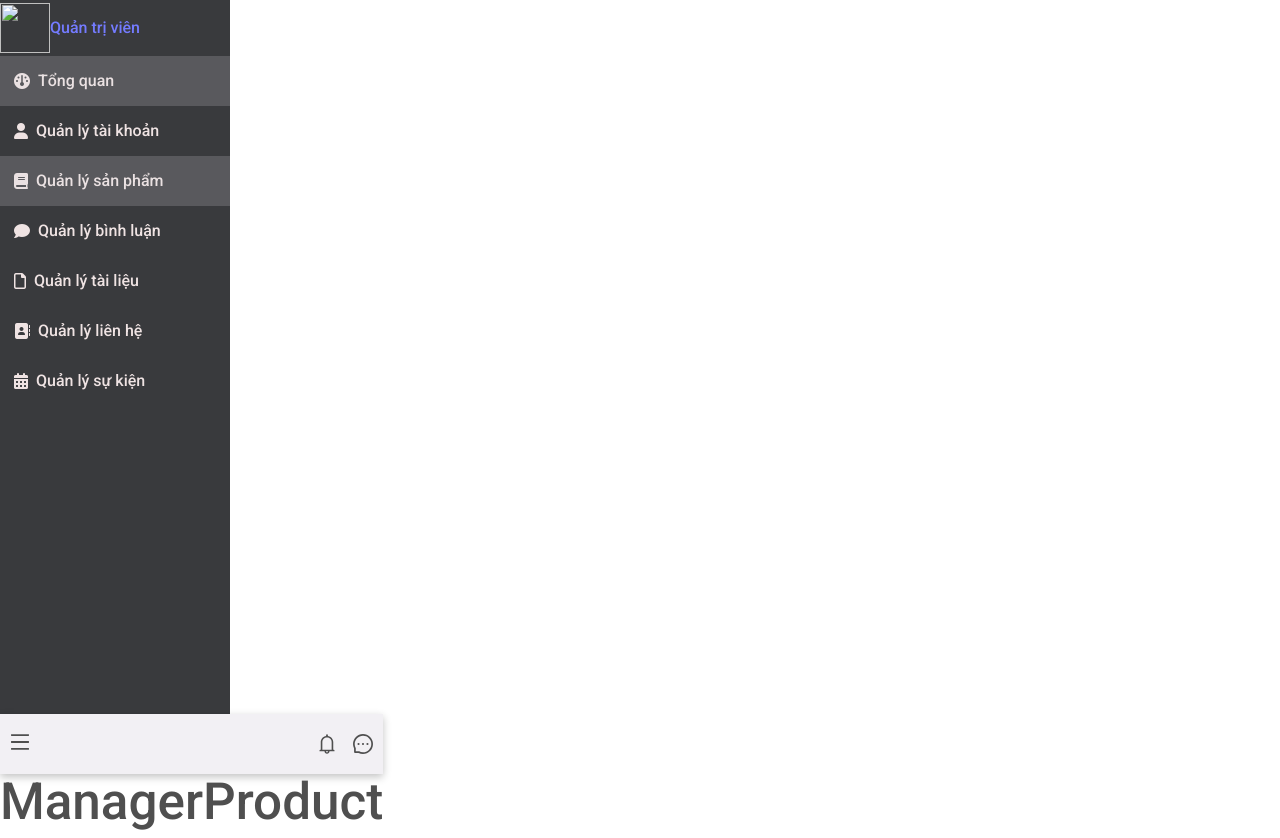
Repository: TinhTT336/MD02_Session10
Page: /admin/manager-product
An editor plug-in stored every save of this project. The page is shown before and after the next save, followed by the edit.
The browser window is 1280 px wide. The pictures show the whole page.
Some web libraries are served in a nearby version. The project was rebuilt for these pictures with package versions that can differ from the ones it lists, and the page was loaded fresh each time. Also part of the build but not shown: vite.config.js, src/layouts/Navbar.jsx, src/layouts/Footer.jsx, src/components/base/button/button.css, src/components/base/button/Button.jsx, src/pages/Home.jsx, src/common/formatMoney.js, src/actions/cartActions.js and 11 more.

Above is the page before, as saved 2023-09-08 16:53:16.

### index.html
<!DOCTYPE html>
<html lang="en">
  <head>
    <meta charset="UTF-8" />
    <link rel="icon" type="image/svg+xml" href="/vite.svg" />
    <meta name="viewport" content="width=device-width, initial-scale=1.0" />
    <title>Vite + React</title>
    <!-- Font Awesome -->
    <link
      href="https://cdnjs.cloudflare.com/ajax/libs/font-awesome/6.0.0/css/all.min.css"
      rel="stylesheet"
    />
    <!-- Google Fonts -->
    <link
      href="https://fonts.googleapis.com/css?family=Roboto:300,400,500,700&display=swap"
      rel="stylesheet"
    />
    <!-- MDB -->
    <link
      href="https://cdnjs.cloudflare.com/ajax/libs/mdb-ui-kit/6.4.1/mdb.min.css"
      rel="stylesheet"
    />
  </head>
  <body>
    <div id="root"></div>
    <script type="module" src="/src/main.jsx"></script>
    <script
      type="text/javascript"
      src="https://cdnjs.cloudflare.com/ajax/libs/mdb-ui-kit/6.4.1/mdb.min.js"
    ></script>
  </body>
</html>

### src/main.jsx
import React from 'react'
import ReactDOM from 'react-dom/client'
import App from './App.jsx'
import './index.css'
import { BrowserRouter } from 'react-router-dom'
import { Provider } from 'react-redux'
import { createStore } from 'redux'
import { reducer } from './reducers/index.js'

const store = createStore(reducer)
ReactDOM.createRoot(document.getElementById('root')).render(
  <React.StrictMode>
    <BrowserRouter>
      <Provider store={store}>
        <App />
      </Provider>
    </BrowserRouter>
  </React.StrictMode>,
)

### src/App.jsx

import { Route, Routes, useLocation } from 'react-router-dom'
import './App.css'
import Home from './pages/Home'
import ListProduct from './pages/ListProduct'
import Cart from './pages/Cart'
import About from './pages/About'
import Contact from './pages/Contact'
import Register from './pages/Register'
import Login from './pages/Login'
import ProductDetail from './pages/ProductDetail'
import { useEffect } from 'react'
import PrivateRouter from './pages/private/PrivateRouter'
import HomeAdmin from './pages/private/HomeAdmin'
import ManagerProduct from './pages/private/ManagerProduct'
import ManagerUser from './pages/private/ManagerUser'

function App() {
  const location = useLocation();
  useEffect(() => {
    window.scrollTo({ top: 0, behavior: "smooth" });
  }, [location.pathname])
  return (
    <>
      <Routes>
        {/* Router ai cung co the truy cap */}
        <Route path='/' element={<Home />}></Route>
        <Route path='/list-product' element={<ListProduct />}></Route>
        <Route path='/product/:id' element={<ProductDetail />}></Route>
        <Route path='/cart' element={<Cart />}></Route>
        <Route path='/about' element={<About />}></Route>
        <Route path='/contact' element={<Contact />}></Route>
        <Route path='/register' element={<Register />}></Route>
        <Route path='/login' element={<Login />}></Route>
        <Route path='/product-detail' element={<ProductDetail />}></Route>

        {/* Router chi admin moi co the truy cap */}
        <Route path='/admin' element={<PrivateRouter />}>
          {/* path ="/" duong dan tuyet doi */}
          <Route index element={<HomeAdmin />}></Route>
          <Route path='manager-product' element={<ManagerProduct />}></Route>
          <Route path='manager-user' element={<ManagerUser />}></Route>
        </Route>
      </Routes>
    </>
  )
}

export default App

### src/reducers/index.js
import { combineReducers } from "redux";
import { listProduct } from "./listProduct";
import { listCart } from "./listCart";

export const reducer = combineReducers({ listProduct, listCart });

### src/App.css
* {
  margin: 0;
  padding: 0;
  box-sizing: border-box;
}
/* .active {
  background-color: #efefef;
} */
/* body {
  max-width: 90%;
  margin: 0 auto;
} */

.nav-item .nav-link {
  padding: 15px;
}

.fa-cart-shopping {
  position: relative;
}

.fa-cart-shopping + span {
  position: absolute;
  top: -10px;
  right: -10px;
  background-color: red;
  color: white;
  border-radius: 50%;
  padding: 5px 10px;
}

### src/pages/private/PrivateRouter.jsx
import React from 'react'
import { Navigate, Outlet } from 'react-router-dom';

export default function PrivateRouter() {
    const isLogin = true; //da dang nhap
    return isLogin ? <Outlet /> : (<Navigate to={"/login"} />)
}

### src/pages/private/ManagerProduct.jsx
import React from 'react'
import Sidebar from "../../layouts/admin/sidebar/Sidebar";
import Header from "../../layouts/admin/header/Header";

export default function ManagerProduct() {
    return (
        <>
            <Sidebar />
            <Header />
            <h1>ManagerProduct</h1>
        </>
    )
}

### src/reducers/listProduct.js
import products from "../data/products.json";
export const listProduct = (state = products, action) => {
  return state;
};

### src/reducers/listCart.js
import {
  ACT_ADD_CART,
  ACT_DECREASE,
  ACT_DELETE,
  ACT_INCREASE,
} from "../contrains/actionTypes";

const initialState = JSON.parse(localStorage.getItem("carts")) || [];
const saveDataLocal = (arr) => {
  localStorage.setItem("carts", JSON.stringify(arr));
};

/**
 * ham lay ra vi tri cua product trong listProduct
 * @param {*} id id can kiem tra
 * @param {*} arr mang can kiem tra
 * @returns neu tim thay ban ghi thi tra ra vi tri, neu khong tra ra -1
 * Author: TinhTT(08/09/2023)
 */
const findIndexProduct = (id, arr) => {
  const productIndex = arr.findIndex((p) => p.product_id === id);
  return productIndex;
};
export const listCart = (state = initialState, action) => {
  switch (action.type) {
    case ACT_ADD_CART:
      //b1:clone mang cu
      const newCarts = [...state];
      // vi tri can lay
      const indexProduct = findIndexProduct(
        action.payload.product_id,
        newCarts
      );
      // b2: kiem tra san pham da ton tai torng gio hang chua?
      if (indexProduct !== -1) {
        // neu da ton tai thi tang so luong
        newCarts[indexProduct].quantity += 1;
        // b3: luu giu lieu len local
        saveDataLocal(newCarts);
        // b4: return mang moi
        return newCarts;
      } else {
        // neu chua thi them vao gio hang
        const newAddCarts = [...state, { ...action.payload, quantity: 1 }];
        // b3: luu giu lieu len local
        saveDataLocal(newAddCarts);
        // b4: return mang moi
        return newAddCarts;
      }
    case ACT_DECREASE:
      // clone ra mang moi
      const newArr = [...state];
      // tim vi tri san pham
      const indexProductDecrease = findIndexProduct(action.payload, newArr);
      // neu so luong sp lon hon 0 thi giam di
      if (newArr[indexProductDecrease].quantity > 1) {
        newArr[indexProductDecrease].quantity -= 1;
        saveDataLocal(newArr);
        return newArr;
      } else {
        // neu so luong bang 0 thi clear khoi gio hang
        //cach 1:
        // newArr.splice(indexProductDecrease, 1);
        // saveDataLocal(newArr);
        // return newArr;

        // cach 2:
        const productFilter = newArr.filter(
          (p) => p.product_id !== action.payload
        );
        saveDataLocal(productFilter);
        return productFilter;
      }
    case ACT_INCREASE:
      // tim vi tri san pham
      const indexProductIncrease = findIndexProduct(action.payload, state);
      // clone ra mang moi
      const newArrIncrease = [...state];
      newArrIncrease[indexProductIncrease].quantity += 1;
      saveDataLocal(newArrIncrease);
      return newArrIncrease;
    case ACT_DELETE:
      // clone ra mang moi
      const newArrDelete = [...state];
      // loc ra cac san pham co id khac voi id cua sp can xoa
      const newArrAfterDelete = newArrDelete.filter(
        (p) => p.product_id !== action.payload
      );
      // luu giu lieu len local
      saveDataLocal(newArrAfterDelete);
      // return mang moi
      return newArrAfterDelete;
    default:
      return state;
  }
};

### src/layouts/admin/sidebar/Sidebar.jsx
// import React from 'react'
// import "./sidebar.css";
// import { NavLink } from 'react-router-dom';
// export default function Sidebar() {
//     return (
//         <>
//             <div className='h-100 bg-black sidebar-admin'>
//                 <div>
//                     <NavLink to={"/admin"} className="router-item">
//                         <div></div>
//                         <div className='router-item-title'>Tổng quan</div>
//                     </NavLink>
//                     <NavLink to={"/admin/manager-product"} className="router-item">
//                         <div></div>
//                         <div className='router-item-title'>Quản lý sản phẩm</div>
//                     </NavLink>
//                     <NavLink to={"/admin/manager-user"} className="router-item">
//                         <div></div>
//                         <div className='router-item-title'>Quản lý tài khoản</div>
//                     </NavLink>
//                 </div>
//             </div>

//         </>
//     )
// }

import React from "react";
import { NavLink } from "react-router-dom";
import "./sidebar.css";

export default function Sidebar() {
    return (
        <>
            <div className="m-menu">
                <NavLink to="/admin" className="m-logo-container">
                    <img
                        height={50}
                        width={50}
                        src="	https://pluspng.com/img-png/favicon-png-favicon-1024.png"
                        alt=""
                    />
                    <span className="up"> Quản trị viên</span>
                </NavLink>
                <div className="m-menu-item">
                    <div className="m-tooltip-content">
                        <NavLink to="/admin" className="m-item-router">
                            <i className="fa-solid fa-gauge m-icon-15-fs" />
                            <div className="m-item-title">Tổng quan</div>
                        </NavLink>
                    </div>
                    <div className="m-tooltip-content">
                        <NavLink to="/admin/manager-user" className="m-item-router">
                            <i className="fa-solid fa-user m-icon-15-fs" />
                            <div className="m-item-title">Quản lý tài khoản</div>
                        </NavLink>
                    </div>
                    <div className="m-tooltip-content">
                        <NavLink to="/admin/manager-product" className="m-item-router">
                            <i className="fa-solid fa-book m-icon-15-fs" />
                            <div className="m-item-title">Quản lý sản phẩm</div>
                        </NavLink>
                    </div>
                    <div className="m-tooltip-content">
                        <NavLink to="/manager-comment" className="m-item-router">
                            <i className="fa-solid fa-comment m-icon-15-fs" />
                            <div className="m-item-title">Quản lý bình luận</div>
                        </NavLink>
                    </div>
                    <div className="m-tooltip-content">
                        <NavLink to="/manager-document" className="m-item-router">
                            <i className="fa-regular fa-file m-icon-15-fs" />
                            <div className="m-item-title">Quản lý tài liệu</div>
                        </NavLink>
                    </div>
                    <div className="m-tooltip-content">
                        <NavLink to="/manager-contact" className="m-item-router">
                            <i class="fa-solid fa-address-book m-icon-15-fs"></i>
                            <div className="m-item-title">Quản lý liên hệ</div>
                        </NavLink>
                    </div>
                    <div className="m-tooltip-content">
                        <NavLink to="/manager-event" className="m-item-router">
                            <i className="fa-solid fa-calendar-days m-icon-15-fs" />
                            <div className="m-item-title">Quản lý sự kiện</div>
                        </NavLink>
                    </div>
                </div>
            </div>
        </>
    );
}

### src/layouts/admin/header/Header.jsx
import React from 'react';
import "./header.css";
import { MenuOutlined, BellOutlined, MessageOutlined } from "@ant-design/icons";

export default function Header() {
    return (
        <>
            <div>
                <div className="header-admin d-flex justify-content-between align-items-center">
                    <div>
                        <MenuOutlined style={{ fontSize: 20 }} />
                    </div>
                    <div className='d-flex gap-3'>
                        <BellOutlined style={{ fontSize: 20 }} />
                        <MessageOutlined style={{ fontSize: 20 }} />
                    </div>
                </div>
            </div>
        </>
    )
}

### src/data/products.json
[
  {
    "product_id": 1,
    "product_name": "đai lưng",
    "image": "https://mdbcdn.b-cdn.net/img/Photos/Horizontal/E-commerce/Products/belt.webp",
    "price": 50000,
    "description": "Đai lưng thời trang cho nam và nữ. Sản phẩm này làm từ chất liệu da tổng hợp cao cấp, chất lượng đảm bảo. Thiết kế đơn giản nhưng vô cùng thời trang, phù hợp cho mọi dịp và trang phục. Dễ dàng điều chỉnh độ rộng để phù hợp với bạn. Đai lưng là một phụ kiện không thể thiếu trong tủ đồ của bạn."
  },
  {
    "product_id": 2,
    "product_name": "sét đồ đi chơi",
    "image": "https://mdbcdn.b-cdn.net/img/Photos/Horizontal/E-commerce/Products/img%20(4).webp",
    "price": 60000,
    "description": "Sét đồ đi chơi này bao gồm một áo thun, một quần jean và một đôi giày thể thao. Áo thun được làm từ chất liệu cotton, mềm mại và thoáng mát. Quần jean được làm từ chất liệu denim, vừa vặn và tôn dáng. Đôi giày thể thao được làm từ chất liệu da, đế cao su, mang lại sự thoải mái và êm ái khi di chuyển."
  },
  {
    "product_id": 3,
    "product_name": "giầy Nike hồng",
    "image": "https://mdbcdn.b-cdn.net/img/Photos/Horizontal/E-commerce/Products/shoes%20(3).webp",
    "price": 55000,
    "description": "Giày Nike hồng là một đôi giày thời trang dành cho nữ. Giày được làm từ chất liệu da tổng hợp cao cấp, có màu hồng pastel xinh xắn. Thiết kế đơn giản nhưng tinh tế, phù hợp với nhiều trang phục khác nhau."
  },
  {
    "product_id": 4,
    "product_name": "giầy Nike ",
    "image": "https://mdbcdn.b-cdn.net/img/Photos/Horizontal/E-commerce/Products/img%20(23).webp",
    "price": 70000,
    "description": "Giày Nike là một đôi giày thể thao dành cho nam và nữ. Giày được làm từ chất liệu da tổng hợp cao cấp, có màu đen cá tính. Thiết kế hiện đại, năng động, phù hợp với nhiều hoạt động thể thao khác nhau."
  },
  {
    "product_id": 5,
    "product_name": "quần jeans",
    "image": "https://mdbcdn.b-cdn.net/img/Photos/Horizontal/E-commerce/Products/img%20(17).webp",
    "price": 80000,
    "description": "Quần jeans là một item thời trang không thể thiếu trong tủ đồ của bất kỳ ai. Quần jeans trong danh sách này được làm từ chất liệu denim cao cấp, vừa vặn và tôn dáng. Màu xanh jeans cổ điển, dễ phối với nhiều trang phục khác nhau."
  },
  {
    "product_id": 6,
    "product_name": "mũ da",
    "image": "https://mdbcdn.b-cdn.net/img/Photos/Horizontal/E-commerce/Products/img%20(30).webp",
    "price": 100000,
    "description": "Mũ da là một phụ kiện thời trang không thể thiếu cho cả nam và nữ. Mũ được làm từ chất liệu da cao cấp, có màu đen sang trọng. Thiết kế đơn giản nhưng tinh tế, phù hợp với nhiều trang phục khác nhau."
  }
]

### src/contrains/actionTypes.js
export const ACT_ADD_CART = "add";
export const ACT_DECREASE = "decrease";
export const ACT_INCREASE = "increase";
export const ACT_DELETE = "delete";

### src/layouts/admin/sidebar/sidebar.css
/* .sidebar-admin {
  width: 230px;
  min-height: 100vh;
  color: #afafaf;
  padding: 5px;
}

.router-item {
  padding: 10px;
  border-bottom: 1px solid rgba(255, 255, 255, 0.1);
  cursor: pointer;
  transition: all.3s ease;
  color: #dfdcdc !important;
  font-size: 14px;
  font-weight: 600;
  display: flex;
  align-items: center;
  position: relative;
  z-index: 1;
  padding: 10px 20px 10px 20px;
  background-color: rgba(255, 255, 255, 0.1);
  border-radius: 5px;
  transition: all.3s ease;
  box-shadow: 0 1px 3px rgba(0, 0, 0, 0.12), 0 1px 2px rgba(0, 0, 0, 0.24);
}

.router-item:hover {
  background-color: rgba(255, 255, 255, 0.2);
  box-shadow: 0 14px 26px -12px rgba(0, 0, 0, 0.42),
    0 4px 23px 0px rgba(0, 0, 0, 0.12), 0 8px 10px -5px rgba(0, 0, 0, 0.2);
  color: #fff !important;
}

.router-item:hover.router-item-icon {
  color: #fff;
}

.router-item-icon {
  font-size: 20px;
  margin-right: 10px;
}

.router-item-title {
  font-size: 14px;
  font-weight: 600;
} */

.m-menu {
  width: 230px;
  background-color: #393a3d;
  color: #fff;
  overflow-y: auto;
}

.m-menu a {
  color: #efe3e3;
  text-decoration: none;
  cursor: pointer;
}

.m-logo-container {
  height: 56px;
  width: 230px;
  display: flex;
  align-items: center;
  /* justify-content: center; */
}

.m-logo-icon {
  height: 56px;
  width: 100%;
  border-right: 1px solid #dadada;
}

.m-menu-item {
  height: calc(100vh - 62px);
  overflow: auto;
}

.m-item-router {
  height: 50px;
  display: flex;
  align-items: center;
  padding-right: 14px;
  padding-left: 8px;
  border-left: 6px solid transparent;
  position: relative;
}

.m-item-router.active::before,
.m-item-router:hover::before {
  content: "";
  color: #fff;
  background: rgb(212, 215, 220);
  opacity: 0.2;
  width: calc(100% + 6px);
  height: 50px;
  left: -6px;
  top: 0px;
  position: absolute;
}

@media screen and (max-width: 600px) {
  .m-item-router .m-item-title {
    display: none;
  }

  .m-menu {
    width: 48px;
  }

  .m-logo-icon {
    height: 70px;
  }
  .collapse {
    left: 8px;
  }
  .collapse .m-item-title {
    display: none;
  }

  .m-navbar {
    height: 48px !important;
  }
}

.m-icon-15-fs {
  margin-right: 8px;
}

### src/layouts/admin/header/header.css
.header-admin {
  width: 100%;
  height: 60px;
  background-color: rgb(242, 240, 244);
  box-shadow: rgba(0, 0, 0, 0.24) 0px 3px 8px;
  padding-left: 10px;
  padding-right: 10px;
}

Loaded but not shown: src/index.css (common file)

After the next save:
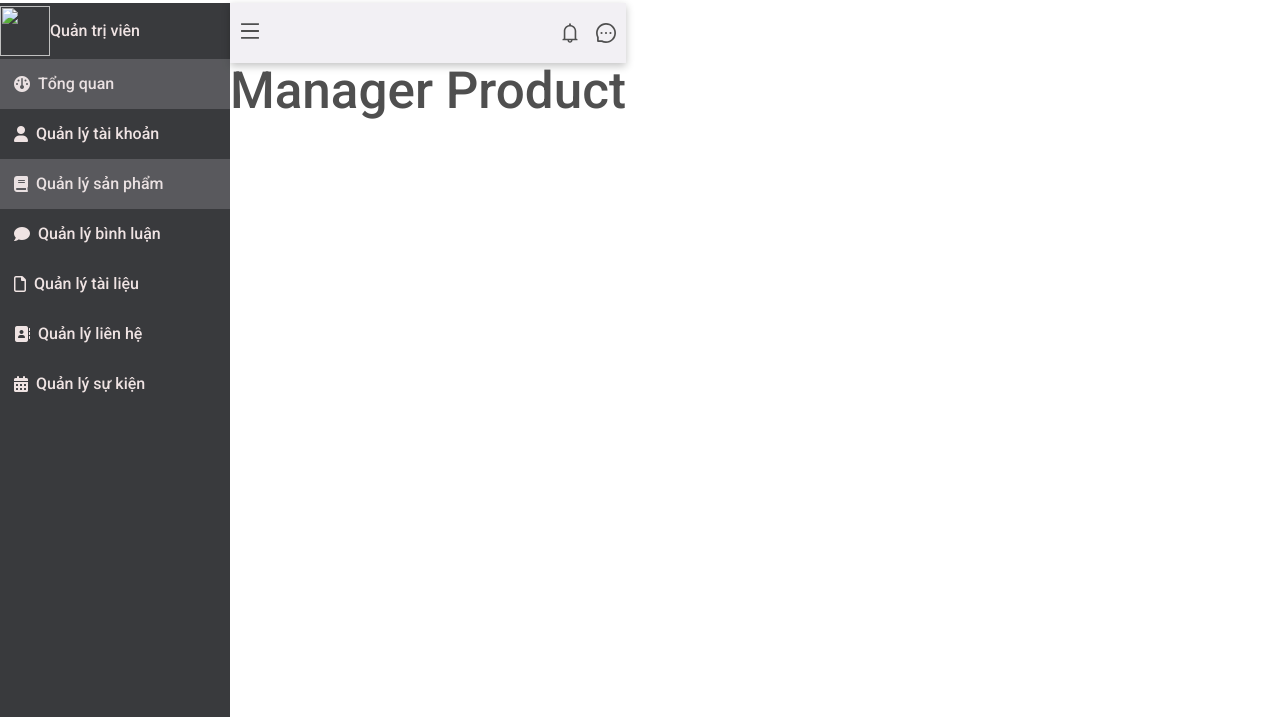
Saved 4 min 34 s later.
--- a/src/pages/private/ManagerProduct.jsx
+++ b/src/pages/private/ManagerProduct.jsx
@@ -5,9 +5,13 @@ import Header from "../../layouts/admin/header/Header";
 export default function ManagerProduct() {
     return (
         <>
-            <Sidebar />
-            <Header />
-            <h1>ManagerProduct</h1>
+            <div className="d-flex">
+                <Sidebar />
+                <div className="d-flex flex-column" style={{ flex: 1 }}>
+                    <Header />
+                    <h1>Manager Product</h1>
+                </div>
+            </div>
         </>
     )
 }
